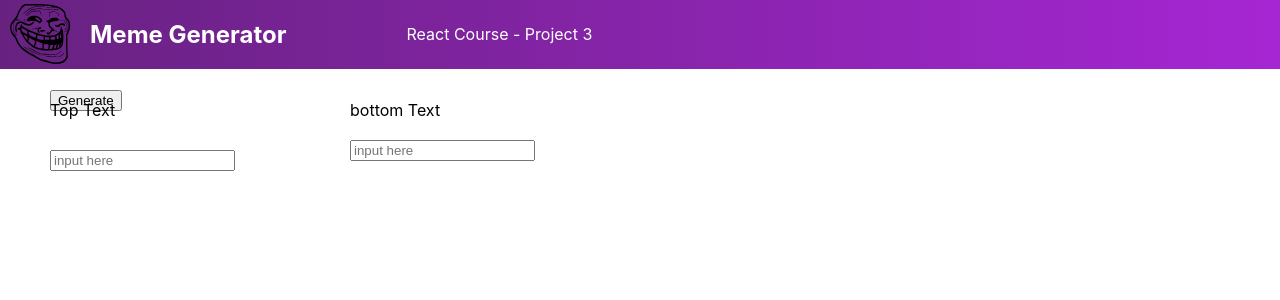
Repository: mortiestmorty1/meme-generator-react
Page: /
These files come from the project's save history. The page is drawn as it stood at one moment and after the next save; the edit follows.
The browser window is 1280 px wide. The pictures show the whole page.
The project was rebuilt for these pictures with package versions that can differ from the ones it lists, and the page was loaded fresh each time.

Above is the page before, as saved 2024-01-17 19:20:18.

After the next save:
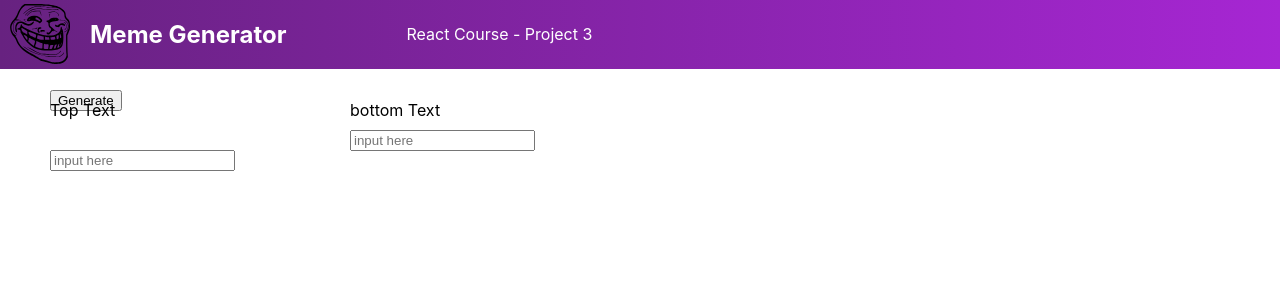
Saved 5 s later.
--- a/src/App.css
+++ b/src/App.css
@@ -42,7 +42,7 @@
   }
   .bottominput{
     position: absolute;
-    top: 140px;
+    top: 130px;
     margin-left: 300px;
   }
   .generate{
